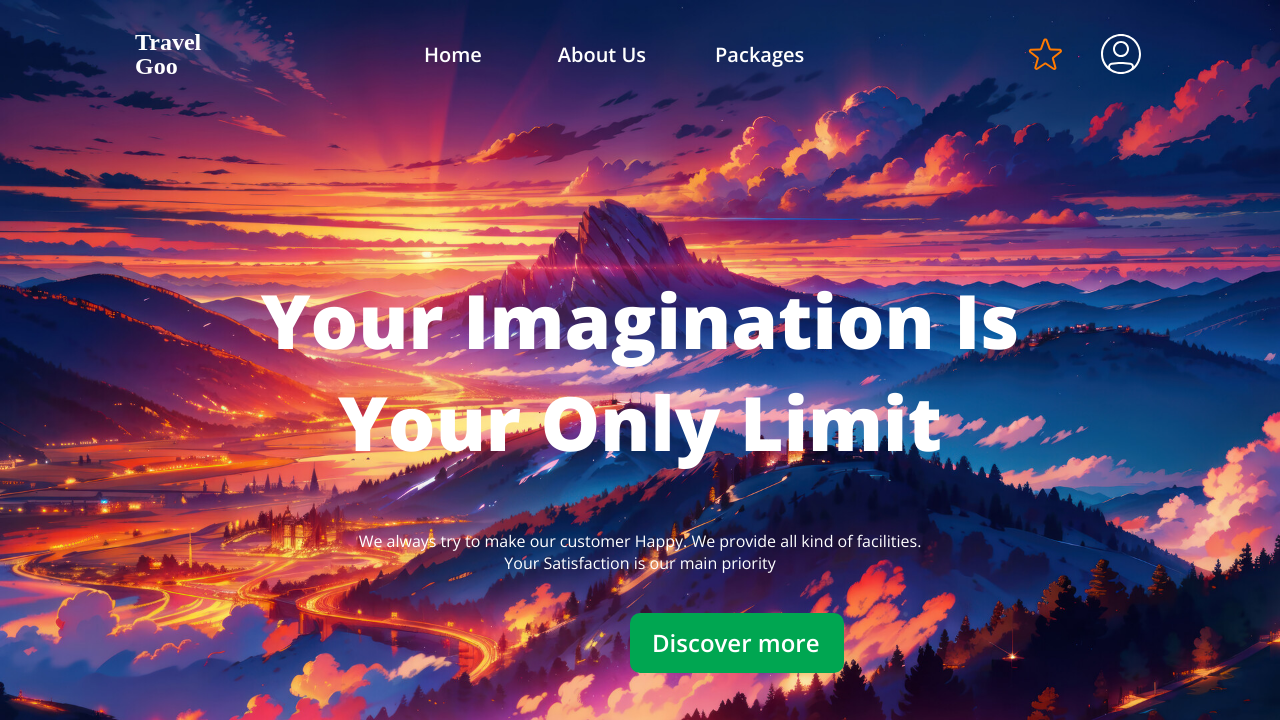
Repository: HeybetzadeQedim/task-3
Page: index.html
An editor plug-in stored every save of this project. The page is shown before and after the next save, followed by the edit.
The browser window is 1280 px wide. The pictures show the whole page.
Some web fonts or font styles are not loaded; a fallback is used.

Above is the page before, as saved 2023-10-07 13:48:25.

After the next save:
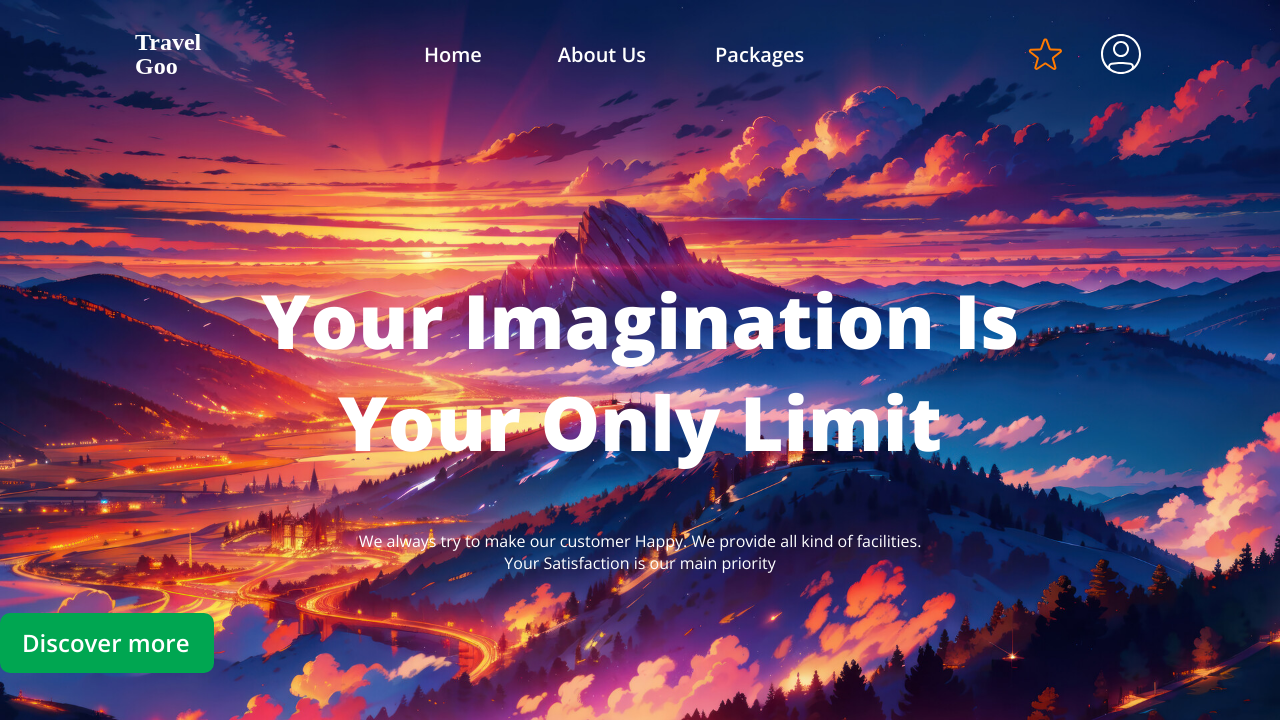
Saved 6 s later.
--- a/index.css
+++ b/index.css
@@ -90,7 +90,7 @@ h1 {
 }
 .text-3 {
   color: #fff;
-  margin-left: 630px;
+  /* margin-left: 630px; */
   margin-top: 39px;
   border-radius: 10px;
   background-color: #00a651;
